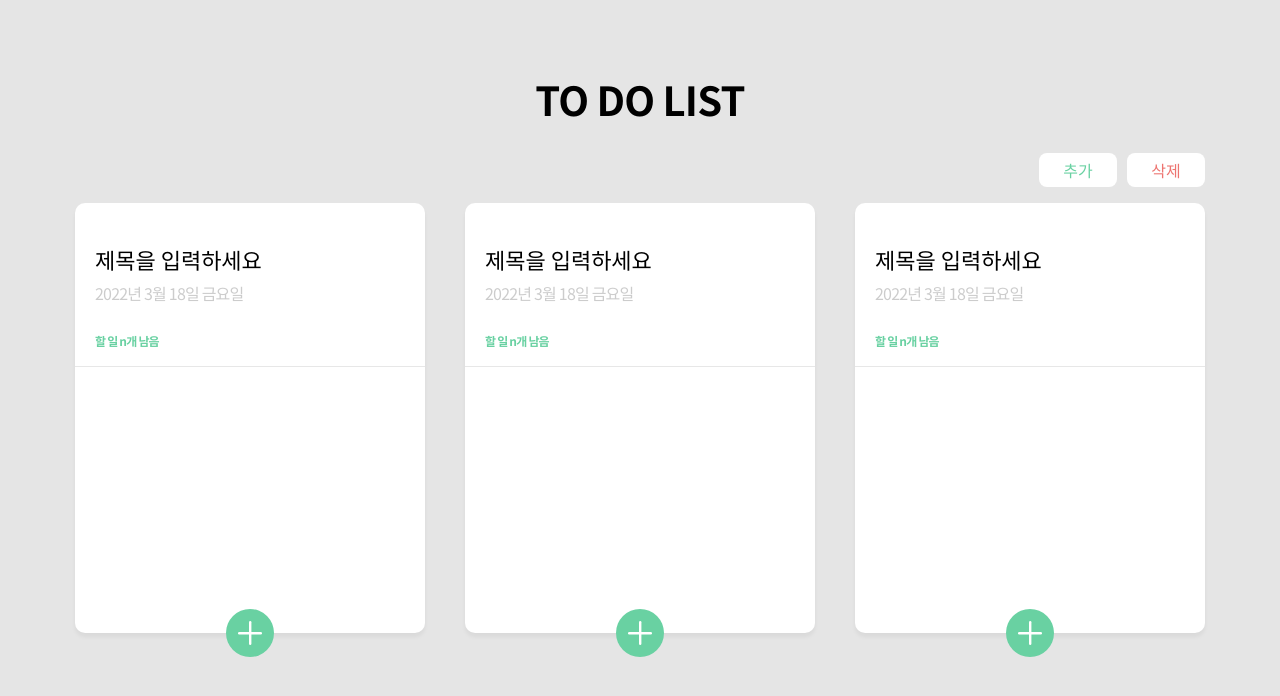
Repository: KIMSEOUNYOUNG/toDoList
Page: skin/main.html
An editor plug-in stored every save of this project. The page is shown before and after the next save, followed by the edit.
The browser window is 1280 px wide. The pictures show the whole page.

Above is the page before, as saved 2022-04-29 17:10:03.

### skin/main.html
<!DOCTYPE html>
<html lang="en">
<head>
    <meta charset="UTF-8">
    <meta http-equiv="X-UA-Compatible" content="IE=edge">
    <meta name="viewport" content="width=device-width, initial-scale=1.0">
    <title>To Do List</title>
    <!-- web font -->
    <link href="https://fonts.googleapis.com/css2?family=Noto+Sans+KR:wght@400;500;700&display=swap" rel="stylesheet">
    <!-- css -->
    <link rel="stylesheet" href="../resource/css/reset.css">
    <link rel="stylesheet" href="../resource/css/common.css">
    <link rel="stylesheet" href="../resource/css/style.css">
    <!-- js -->
    <script src="https://code.jquery.com/jquery-3.6.0.min.js"></script>
    <script src="../resource/js/main.js"></script>
</head>
<body>
    <div id="con" class="con">
        <div class="wrap">
            <h2 class="con_tit t_center">to do list</h2>
            <div class="btn_box">
                <button class="btn plus" onclick="addBox()">추가</button>
                <button class="btn del ml_10">삭제</button>
                <button class="btn del chk ml_10" onclick="delBox()">삭제</button>
            </div>
            <div class="row wp mb_75">

                <div class="col_8">

                    <label class="del_chk">
                        <input type="checkbox" disabled>
                        <div class="tdList_box">

                            <div class="tdList_tit_box">
                                <input type="text" class="tdList_tit bn p_0" placeholder="제목을 입력하세요">
                                <p class="tdList_date">2022년 3월 18일 금요일</p>
                                <div class="tdList_remain"><b>할 일 n개 남음</b></div>
                            </div>

                                <ul class="tdList_list_box">

                                    <!-- <li>
                                        <label for="toDoList" class="fm_ch">
                                            <input class="chBox" type="checkbox" name="" id="toDoList">
                                            <div id="td_result" class="tdList_list_txt">할 일을 적어봅시다.</div>
                                            <button class="list_del">
                                                <i class="icon_trash"></i>
                                            </button>
                                        </label>
                                    </li> -->

                                </ul>

                            <div class="txt_box toggle_on">
                                <form >
                                    <input type="text" style="display: none;">
                                    <!-- <input class="bn" id="td_add" type="text" onkeypress="if(window.event.keyCode == 13){tdPrint();}" placeholder="할 일을 입력 후, Enter를 누르세요."> -->
                                    <input class="td_add bn" type="text" onkeypress="tdPrint()" placeholder="할 일을 입력 후, Enter를 누르세요." value="">
                                </form>
                            </div>
                            <div class="tdList_btn_box toggle_on">
                                <button class="tdList_btn">
                                    <i class="icon_plus"></i>
                                </button>
                            </div>

                        </div>
                    </label>

                </div>
                <div class="col_8">

                    <label class="del_chk">
                        <input type="checkbox" disabled>
                        <div class="tdList_box">

                            <div class="tdList_tit_box">
                                <input type="text" class="tdList_tit bn p_0" placeholder="제목을 입력하세요">
                                <p class="tdList_date">2022년 3월 18일 금요일</p>
                                <div class="tdList_remain"><b>할 일 n개 남음</b></div>
                            </div>

                                <ul class="tdList_list_box">

                                    <!-- <li>
                                        <label for="toDoList" class="fm_ch">
                                            <input class="chBox" type="checkbox" name="" id="toDoList">
                                            <div id="td_result" class="tdList_list_txt">할 일을 적어봅시다.</div>
                                            <button class="list_del">
                                                <i class="icon_trash"></i>
                                            </button>
                                        </label>
                                    </li> -->

                                </ul>

                            <div class="txt_box toggle_on">
                                <form >
                                    <input type="text" style="display: none;">
                                    <!-- <input class="bn" class="td_add" type="text" onkeypress="if(window.event.keyCode == 13){tdPrint();}" placeholder="할 일을 입력 후, Enter를 누르세요."> -->
                                    <input class="td_add bn" type="text" onkeypress="tdPrint();" placeholder="할 일을 입력 후, Enter를 누르세요." value="">
                                </form>
                            </div>
                            <div class="tdList_btn_box toggle_on">
                                <button class="tdList_btn">
                                    <i class="icon_plus"></i>
                                </button>
                            </div>

                        </div>
                    </label>

                </div>
                <div class="col_8">

                    <label class="del_chk">
                        <input type="checkbox" disabled>
                        <div class="tdList_box">

                            <div class="tdList_tit_box">
                                <input type="text" class="tdList_tit bn p_0" placeholder="제목을 입력하세요">
                                <p class="tdList_date">2022년 3월 18일 금요일</p>
                                <div class="tdList_remain"><b>할 일 n개 남음</b></div>
                            </div>

                                <ul class="tdList_list_box">

                                    <!-- <li>
                                        <label for="toDoList" class="fm_ch">
                                            <input class="chBox" type="checkbox" name="" id="toDoList">
                                            <div id="td_result" class="tdList_list_txt">할 일을 적어봅시다.</div>
                                            <button class="list_del">
                                                <i class="icon_trash"></i>
                                            </button>
                                        </label>
                                    </li> -->

                                </ul>

                            <div class="txt_box toggle_on">
                                <form >
                                    <input type="text" style="display: none;">
                                    <!-- <input class="bn" class="td_add" type="text" onkeypress="if(window.event.keyCode == 13){tdPrint();}" placeholder="할 일을 입력 후, Enter를 누르세요."> -->
                                    <input class="td_add bn" type="text" onkeypress="tdPrint();" placeholder="할 일을 입력 후, Enter를 누르세요." value="">
                                </form>
                            </div>
                            <div class="tdList_btn_box toggle_on">
                                <button class="tdList_btn">
                                    <i class="icon_plus"></i>
                                </button>
                            </div>

                        </div>
                    </label>

                </div>

            </div>
        </div>
    </div>
</body>
<script>
    // 입력 박스 이벤트
    const plusBtn = document.querySelectorAll(".tdList_btn");

    plusBtn.forEach(function(btn){
        btn.addEventListener("click", function(){
            var btnBox = btn.parentNode;
            var tdListBox = btnBox.parentNode;
            var toggleOn = $(tdListBox).children('.toggle_on');

            // console.log(toggleOn);
            $(toggleOn).toggleClass('on');
        });
    });

    // 클릭 이벤트
    var winWidth = window.innerWidth;

    var $tdBox = document.querySelectorAll('.tdList_box');

    $tdBox.forEach(function(el){
        // 모바일 클릭
        if(winWidth <= 720){
            $(el).on('click', function(e){
                $(this).addClass('mob_on');
            });
        } else {
            $($tdBox).off('click').removeClass('mob_on');
        }

    });
    // // 리사이징
    window.addEventListener('resize', function(){
        var winWidth = window.innerWidth;

        $tdBox.forEach(function(el){
            // 모바일 클릭
            if(winWidth <= 720){
                $(el).on('click', function(e){
                    $(this).addClass('mob_on');
                });
            } else {
                $($tdBox).off('click').removeClass('mob_on');
            }

        });
    });

    // tdList_tit toDoList 추가 이벤트
    function tdPrint(){
        var curretBox = window.event.target;

        if(window.event.keyCode == 13 && $(curretBox).hasClass('td_add')){
            var tdAdd = curretBox.value;
            var tdLBox = $(curretBox).closest('div').siblings('.tdList_list_box');
            var newList = document.createElement("li");

            $(newList).append('<label for="toDoList" class="fm_ch"><input class="chBox" type="checkbox" name="" id="toDoList"><div id="td_result" class="tdList_list_txt">'+ tdAdd +'</div><button class="list_del"><i class="icon_trash"></i></button></label></li>');

            tdLBox.append(newList);

            curretBox.value = null;
        }
    }

    // tdList_box 삭제
    $('.btn.del:not(.chk)').on('click', function(){
        var boxNum = $tdBox.length;
        if(boxNum < 1){
            alert('삭제할 리스트가 없습니다.');
        } else {
            var $delChkBox = document.querySelectorAll('.del_chk > input');

            $(this).hide().siblings('.btn.del').show();
            $($delChkBox).attr('disabled', false);

            $delChkBox.forEach(function(el){
                $(el).on('click', function(){
                    $(this).toggleClass('checked');
                });
            });
        }
    });

    function delBox(){
        var chk = document.querySelectorAll('.checked');

        $(chk).closest('div').remove();
        $('.del_chk > input').attr('disabled', true);
        $('.chk').hide().siblings('.del').show();
    }

    function addBox(){
        var newBox = `<label class="del_chk">
                                <input type="checkbox" disabled>
                                <div class="tdList_box">

                                    <div class="tdList_tit_box">
                                        <input type="text" class="tdList_tit bn p_0" placeholder="제목을 입력하세요">
                                        <p class="tdList_date">2022년 3월 18일 금요일</p>
                                        <div class="tdList_remain"><b>할 일 n개 남음</b></div>
                                    </div>

                                        <ul class="tdList_list_box"></ul>

                                    <div class="txt_box toggle_on">
                                        <form >
                                            <input type="text" style="display: none;">
                                            <input class="td_add bn" type="text" onkeypress="tdPrint()" placeholder="할 일을 입력 후, Enter를 누르세요." value="">
                                        </form>
                                    </div>
                                    <div class="tdList_btn_box toggle_on">
                                        <button class="tdList_btn">
                                            <i class="icon_plus"></i>
                                        </button>
                                    </div>

                                </div>
                        </label>`;
        var boxWrap = document.querySelector('.row');
        var newCol = document.createElement('div');

        newCol.classList.add('col_8');
        newCol.innerHTML = newBox;

        boxWrap.appendChild(newCol);
    }

</script>
</html>

### resource/css/reset.css
/*
html5doctor.com Reset Stylesheet
v1.6.1
Last Updated: 2010-09-17
Author: Richard Clark - http://richclarkdesign.com
Twitter: @rich_clark
*/

/* color */
:root {
	--gray1: #e7e7e7;
	--gray2: #f5f5f5;
	--green: #69D1A2;
	--red: #ED7470;
}

html, body, div, span, object, iframe,
h1, h2, h3, h4, h5, h6, p, blockquote, pre,
abbr, address, cite, code,
del, dfn, em, img, ins, kbd, q, samp,
small, strong, sub, sup, var,
b, i,
dl, dt, dd, ol, ul, li,
fieldset, form, label, legend,
table, caption, tbody, tfoot, thead, tr, th, td,
article, aside, canvas, details, figcaption, figure,
footer, header, hgroup, menu, nav, section, summary,
time, mark, audio, video {
  margin: 0;
  padding: 0;
  border: 0;
  outline: 0;
  font-size: 100%;
  vertical-align: baseline;
  background: transparent;
}

article, aside, details, figcaption, figure,
footer, header, hgroup, menu, nav, section {
  display: block;
}

blockquote, q {
  quotes: none;
}

blockquote:before, blockquote:after,
q:before, q:after {
  content: "";
  content: none;
}

a {
  margin: 0;
  padding: 0;
  font-size: 100%;
  vertical-align: baseline;
  background: transparent;
  color: #222;
}

/* change colours to suit your needs */
ins {
  background-color: transparent;
  color: #000;
  text-decoration: none;
}

/* change colours to suit your needs */
mark {
  font-style: italic;
  line-height: initial;
}

del {
  text-decoration: line-through;
}

abbr[title], dfn[title] {
  border-bottom: 1px dotted;
  cursor: help;
}

table {
  border-collapse: collapse;
  border-spacing: 0;
}

/* change border colour to suit your needs */
hr {
  display: block;
  height: 1px;
  border: 0;
  border-top: 1px solid #cccccc;
  margin: 1em 0;
  padding: 0;
}

input, textarea {
  appearance: none;
  -webkit-appearance: none;
  -webkit-border-radius: 0;
}

input, select {
  vertical-align: middle;
}

input:-webkit-autofill:hover, input:-webkit-autofill:focus, input:-webkit-autofill:active {
  transition: background-color 5000s ease-in-out 0s;
  -webkit-transition: background-color 9999s ease-out;
  -webkit-box-shadow: 0 0 0px 1000px rgba(255, 255, 255, 0) inset !important;
}

select {
  font-family: inherit;
  -webkit-appearance: none;
  -moz-appearance: none;
  appearance: none;
  -webkit-border-radius: 0;
  -moz-border-radius: 0;
  -o-border-radius: 0;
  border-radius: 0;
}
select::-ms-expand {
  display: none;
}

ul, ol, li {
  list-style: none;
}

input {
  font-family: inherit;
  -webkit-appearance: none;
  -moz-appearance: none;
  appearance: none;
}

/* input box color */
input:-webkit-autofill {
  -webkit-box-shadow: 0 0 0 30px #ffffff inset;
  -webkit-t-fill-color: #000000;
}

input:-webkit-autofill, input:-webkit-autofill:hover,
input:-webkit-autofill:focus,
input:-webkit-autofill:active {
  transition: background-color 5000s ease-in-out 0s;
}

textarea {
  font-family: inherit;
}

input[type=button],
input[type=submit],
button {
  font-family: inherit;
  background: transparent;
  border: none;
  box-shadow: none;
  border-radius: 0;
  padding: 0;
  overflow: visible;
  cursor: pointer;
  color: inherit;
  -webkit-appearance: none;
  -moz-appearance: none;
  appearance: none;
}

button:active,
button:focus {
  outline: none;
}

img {
  -ms-interpolation-mode: bicubic !important;
}

html {
  font-size: 100%;
  -webkit-text-size-adjust: none;
  -ms-text-size-adjust: none;
  letter-spacing: -0.05em;
}

a {
  text-decoration: none;
  color: inherit;
}

* {
  box-sizing: border-box;
}
*:before, *:after {
  box-sizing: border-box;
}

/*# sourceMappingURL=reset.css.map */

### resource/css/common.css
@charset "UTF-8";

/* font */
html, body {
    font-family: "Noto Sans KR", sans-serif;
    background-color: #E5E5E5;
}

/* align */
.t_center {
    text-align: center;
}
/* font-size */

/* wrap */
.wrap {
    max-width: 1160px;
    width: 100%;
    margin: 0 auto;
    padding: 0 15px;
}

/* tit */
.con_tit {
    font-size: 40px;
    font-weight: 700;
    text-transform: uppercase;
    padding: 70px 0 25px;
}

/* flex wrap */
.row {
    display: flex;
    flex-direction: row;
    flex-wrap: wrap;
}
.row.wp {
    margin-top: -64px;
    margin-left: -20px;
    margin-right: -20px;
}
.row .col_8 {
    flex: 0 1 auto;
    width: 33.333333%;
    padding: 64px 20px 0 20px;
}

/* padding margin */
.p_0 {
    padding: 0;
}
.ml_10 {
    margin-left: 10px;
}
.mb_75 {
    margin-bottom: 75px;
}

/* button */
.btn {
    display: block;
    width: 78px;
    height: 34px;
    font-size: 1rem;
    border-radius: 8px;
    line-height: 34px;
    background-color: #fff;
    transition: background-color .3s, color .3s;
}
.btn.plus {
    color: var(--green);
}
.btn.plus:hover {
    background-color: var(--green);
    color: #fff;
}
.btn.del {
    color: var(--red);
}
.btn.del:hover {
    background-color: var(--red);
    color: #fff;
}
.btn.del.chk {
    background-color: var(--red);
    color: #fff;
    display: none;
}
/* input */
.bn {
    border: unset;
    outline: none;
}
/* checkbox */
.fm_ch {
    position: relative;
    width: 100%;
}
/* .fm_ch > input[type=text] {
    width: calc(100% - 39px);
} */
label {
    position: relative;
}
input[type=checkbox]{
    position: absolute;
    top: 0;
    left: 0;
    line-height: 0;
    font-size: 0;
    width: 0;
    height: 0;
    color: transparent;
    overflow: hidden;
    opacity: 0;
}
.del_chk input[type=checkbox]:checked + .tdList_box::after {
    display: block;
    box-shadow: 0 0 0 3px var(--red) inset;
    /* background-color: #eee; */
}
.fm_ch .chBox {
    position: relative;
    display: inline-block;
    vertical-align: middle;
    cursor: pointer;
    width: 24px;
    height: 24px;
    margin: unset;
    margin-right: 15px;
    opacity: 1;
}
.fm_ch .chBox::before,
.fm_ch .chBox::after {
    content: '';
    display: block !important;
    position: absolute;
    left: 50%;
    top: 50%;
    width: 100%;
    height: 100%;
    transform: translate(-50%, -50%);
    background-repeat: no-repeat;
    background-position: center center;
}
.fm_ch .chBox::before {
    border: 1px solid #ccc;
    border-radius: 50%;
}
.fm_ch .chBox::after{
    transform: translate(-50%, -50%) scale(0);
    background-image: url("data:[embedded picture, 209 characters]");
}
.fm_ch input[type=checkbox]:checked::before {
    border-color: var(--green);
}
.fm_ch input[type=checkbox]:checked::after {
    transform: translate(-50%, -50%) scale(1);
}
.fm_ch input[type=checkbox]:checked + .tdList_list_txt {
    color: #ccc;
}

/* icon */
i[class*=icon_], i[class^=icon_] {
    display: inline-block;
    text-align: center;
    text-indent: -9999px;
    font-size: 1px;
    overflow: hidden;
    width: 24px;
    height: 24px;
    background-position: center;
    background-repeat: no-repeat;
    background-size: auto;
    vertical-align: middle;
}
i.icon_plus {
    background-image: url("data:[embedded picture, 345 characters]");
    background-size: contain;
}
i.icon_chk {
    background-image: url("data:[embedded picture, 209 characters]");
    width: 14px;
    height: 12px;
    background-size: contain;
}
i.icon_trash {
    background-image: url("data:[embedded picture, 1091 characters]");
    width: 30px;
    height: 30px;
    background-size: contain;
}

Loaded but not shown: resource/css/style.css (237 lines, source omitted); resource/js/main.js (no stored copy; drawn as an empty file)

After the next save:
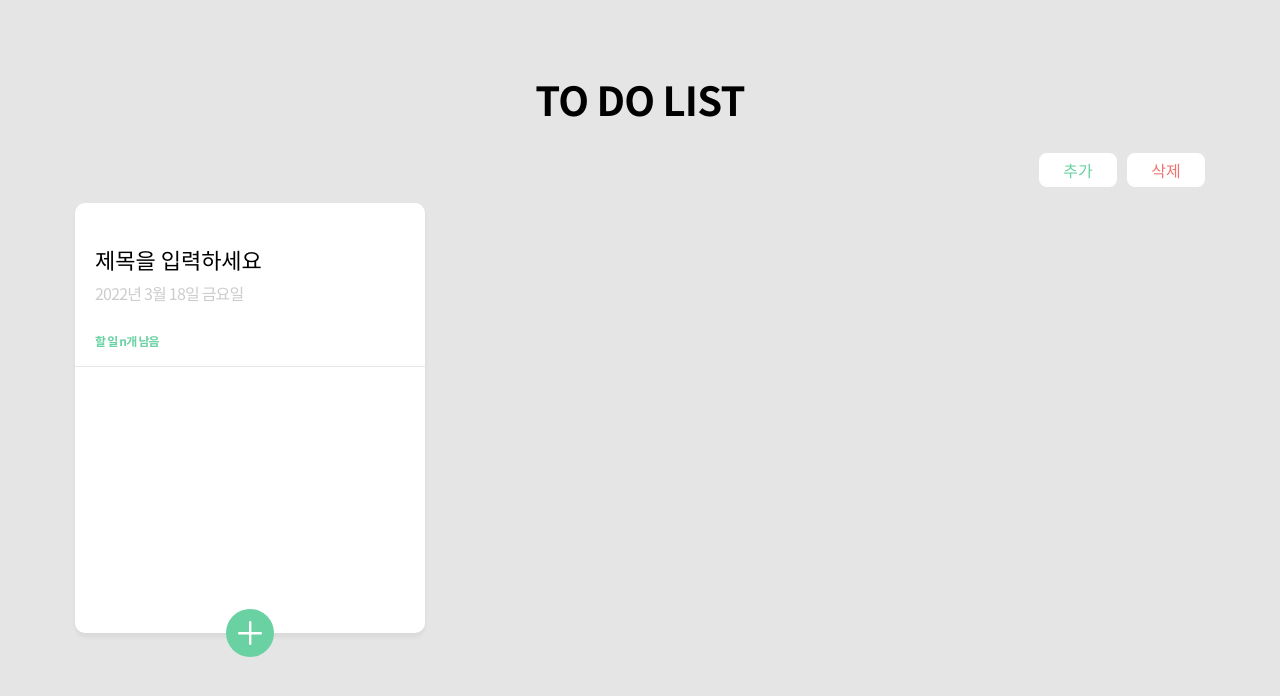
Saved 94 s later.
--- a/skin/main.html
+++ b/skin/main.html
@@ -69,92 +69,6 @@
                     </label>
 
                 </div>
-                <div class="col_8">
-
-                    <label class="del_chk">
-                        <input type="checkbox" disabled>
-                        <div class="tdList_box">
-
-                            <div class="tdList_tit_box">
-                                <input type="text" class="tdList_tit bn p_0" placeholder="제목을 입력하세요">
-                                <p class="tdList_date">2022년 3월 18일 금요일</p>
-                                <div class="tdList_remain"><b>할 일 n개 남음</b></div>
-                            </div>
-
-                                <ul class="tdList_list_box">
-
-                                    <!-- <li>
-                                        <label for="toDoList" class="fm_ch">
-                                            <input class="chBox" type="checkbox" name="" id="toDoList">
-                                            <div id="td_result" class="tdList_list_txt">할 일을 적어봅시다.</div>
-                                            <button class="list_del">
-                                                <i class="icon_trash"></i>
-                                            </button>
-                                        </label>
-                                    </li> -->
-
-                                </ul>
-
-                            <div class="txt_box toggle_on">
-                                <form >
-                                    <input type="text" style="display: none;">
-                                    <!-- <input class="bn" class="td_add" type="text" onkeypress="if(window.event.keyCode == 13){tdPrint();}" placeholder="할 일을 입력 후, Enter를 누르세요."> -->
-                                    <input class="td_add bn" type="text" onkeypress="tdPrint();" placeholder="할 일을 입력 후, Enter를 누르세요." value="">
-                                </form>
-                            </div>
-                            <div class="tdList_btn_box toggle_on">
-                                <button class="tdList_btn">
-                                    <i class="icon_plus"></i>
-                                </button>
-                            </div>
-
-                        </div>
-                    </label>
-
-                </div>
-                <div class="col_8">
-
-                    <label class="del_chk">
-                        <input type="checkbox" disabled>
-                        <div class="tdList_box">
-
-                            <div class="tdList_tit_box">
-                                <input type="text" class="tdList_tit bn p_0" placeholder="제목을 입력하세요">
-                                <p class="tdList_date">2022년 3월 18일 금요일</p>
-                                <div class="tdList_remain"><b>할 일 n개 남음</b></div>
-                            </div>
-
-                                <ul class="tdList_list_box">
-
-                                    <!-- <li>
-                                        <label for="toDoList" class="fm_ch">
-                                            <input class="chBox" type="checkbox" name="" id="toDoList">
-                                            <div id="td_result" class="tdList_list_txt">할 일을 적어봅시다.</div>
-                                            <button class="list_del">
-                                                <i class="icon_trash"></i>
-                                            </button>
-                                        </label>
-                                    </li> -->
-
-                                </ul>
-
-                            <div class="txt_box toggle_on">
-                                <form >
-                                    <input type="text" style="display: none;">
-                                    <!-- <input class="bn" class="td_add" type="text" onkeypress="if(window.event.keyCode == 13){tdPrint();}" placeholder="할 일을 입력 후, Enter를 누르세요."> -->
-                                    <input class="td_add bn" type="text" onkeypress="tdPrint();" placeholder="할 일을 입력 후, Enter를 누르세요." value="">
-                                </form>
-                            </div>
-                            <div class="tdList_btn_box toggle_on">
-                                <button class="tdList_btn">
-                                    <i class="icon_plus"></i>
-                                </button>
-                            </div>
-
-                        </div>
-                    </label>
-
-                </div>
 
             </div>
         </div>
